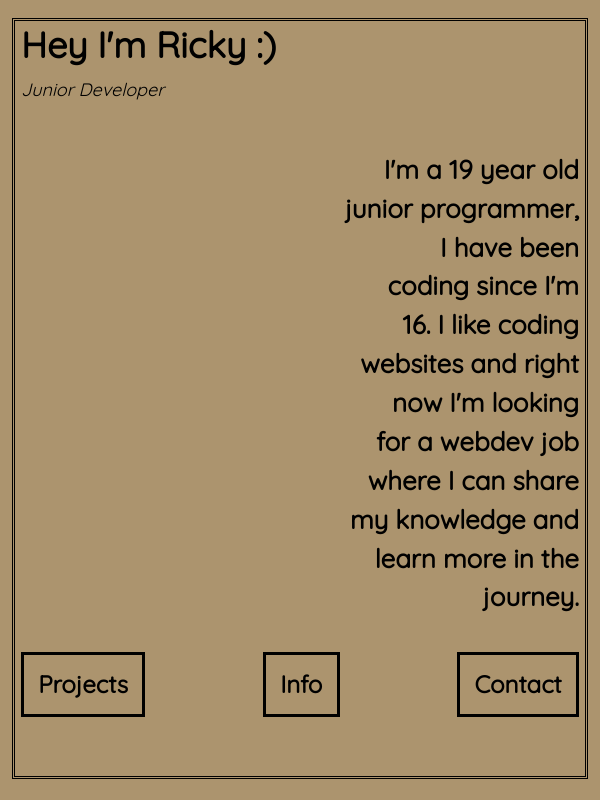
Repository: rickypcyt/ricky-react-portfolio
Page: /
An editor plug-in stored every save of this project. The page is shown before and after the next save, followed by the edit.
The browser window is 600 px wide. The pictures show the whole page.
The project was rebuilt for these pictures with package versions that can differ from the ones it lists, and the page was loaded fresh each time. Also part of the build but not shown: src/pages/Info.js, src/pages/Projects.js, src/pages/Contact.js, src/pages/WebMural.js, src/pages/NotesJS.js.

Above is the page before, as saved 2022-09-12 15:13:58.

### src/index.js
import React from "react";
import ReactDOM from "react-dom/client";
import "./index.css";
import App from "./App";
import reportWebVitals from "./reportWebVitals";
import { BrowserRouter, Routes, Route, Switch } from "react-router-dom";

const root = ReactDOM.createRoot(document.getElementById("root"));
root.render(
  <React.StrictMode>
    <BrowserRouter>
      <App />
    </BrowserRouter>
  </React.StrictMode>
);

// If you want to start measuring performance in your app, pass a function
// to log results (for example: reportWebVitals(console.log))
// or send to an analytics endpoint. Learn more: https://bit.ly/CRA-vitals
reportWebVitals();

### src/index.css
@import url("https://fonts.googleapis.com/css2?family=Quicksand");

input[type="file"] {
  display: none;
}
.container {
  top: 0%;
  left: 0%;
}
::marker {
  display: none;
}
.image-container {
  width: 100%;
  margin: auto;
  display: flex;
  flex-direction: row;
  justify-content: space-evenly;
  gap: 15px;
  padding: 10px;
}
body {
  line-height: 1;
  font-family: "Quicksand";
  font-size: large;
  margin: 2%;
  padding: 1%;
  border-style: double;
  margin-top: 3%;
  background: #ac946e;
}
ol {
  list-style: none;
  display: flex;
  padding: 0;
  justify-content: space-between;
  align-items: flex-start;
  display: flex;
  flex-wrap: wrap;
  align-content: center;
}
.content {
  position: absolute;
  right: calc(var(--pad) * 2);
  bottom: calc(var(--pad) * 2);
  white-space: nowrap;
}
.parrafo {
  line-height: 1.5;
  text-align: end;
  font-size: larger;
}
.parrafo span {
  display: block;
}
.titulo {
  margin: 0;
}
.oli {
  font-weight: bold;
  border-style: solid;
  font-size: x-large;
  padding: 1ch;
}
.descripcion {
  font-weight: lighter;
  font-style: oblique;
}
.oli:hover {
  color: black;
  border-style: dotted;
}
.page {
  padding-top: 2%;
  padding-bottom: 3%;
}
.pageContact {
  padding-top: 8%;
  padding-bottom: 9%;
}
.cabeceranavi {
  padding-bottom: 1%;
}
p {
  font-weight: bold;
}
a {
  color: black;
  text-decoration: none;
  padding: 0ch;
}
span {
  font-size: larger;
}
li {
  width: 7%;
  height: 10%;
}
ul {
  list-style-type: none;
  margin: 0%;
  display: flex;
  align-items: center;
  flex-direction: row;
  padding-top: 5%;
  padding-bottom: 5%;
  padding-left: 0%;
  justify-content: space-around;
}
.imagenes {
  display: block;
  height: auto;
  width: auto;
  padding-top: 5%;
  padding-bottom: 5%;
}

.imagenesproyect {
  position: relative;
}
.fixer {
  display: flex;
  flex-direction: row;
  justify-content: space-evenly;
  padding-bottom: 3%;
}
.overlay {
  position: absolute;
  top: 0.83cm;

  background: rgb(0, 0, 0);
  background: rgb(2, 0.3, 0.9, 0.6); /* Black see-through */
  color: #f1f1f1;
  width: 100%;
  transition: 0.5s ease;
  color: white;
  text-align: center;
  font-size: 20px;
  padding-top: 20px;
  padding-bottom: 20px;
  opacity: 0;
}
.imagenesproyect:hover .overlay {
  opacity: 1;
}
.overlay2 {
  position: absolute;
  bottom: 8%;
  background: rgb(0, 0, 0);
  background: rgba(40, 40, 40, 0.6); /* Black see-through */
  color: #f1f1f1;
  width: 100%;
  transition: 0.5s ease;
  color: white;
  text-align: center;
  font-size: 20px;
  padding-top: 20px;
  padding-bottom: 20px;
  opacity: 0;
}
.imagenesproyect:hover .overlay2 {
  opacity: 1;
}

.homeinfo {
  font-size: x-large;
}

@media screen and (max-width: 1340px) {
  .fixer {
    flex-direction: column;
    justify-content: center;
  }
  .imagenes {
    height: auto;
    width: 100%;
  }
  ol {
  }
}

.image-container {
  width: auto;
  margin: auto;
  /* display: flex; */
  flex-wrap: wrap;
  gap: 15px;
  padding: 10px;
}

.image-container img {
  max-width: 100%;
  max-height: 225px;
}

.container .image-container .image {
  border: 4px solid black;
  overflow: hidden;
  /* cursor: pointer; */
}

.container .image-container .image img {
  height: 100%;
  width: 100%;
}
@media (max-width: 700px) {
  .image-container img {
    max-height: -10px;
  }
  .cabeceranavi{
    padding-bottom: 10%;
  }
}

.image:hover {
  transform: scale(1.15); /* (150% zoom - Note: if the zoom is too large, it will go outside of the viewport) */
}

### src/App.js
import Content from "./Content";
import Info from "./pages/Info";
import Projects from "./pages/Projects";
import Contact from "./pages/Contact";
import WebMural from "./pages/WebMural";
import NotesJS from "./pages/NotesJS";
import { Route, Routes, Switch } from "react-router-dom";

function App() {
  return (
    <>
      <Routes>
        <Route path="/" element={<Content />}/>
        <Route path="/Projects" element={<Projects />} />
        <Route path="/Info" element={<Info />} />
        <Route path="/Contact" element={<Contact />} />
        <Route path="/WebMural" element={<WebMural />} />
        <Route path="/NotesJS" element={<NotesJS />} />
      </Routes>
    </>
  );
}
export default App;

### src/Content.js
import { Link, useMatch, useResolvedPath } from "react-router-dom";
export default function Content() {
    console.log(window.location)
  return (
    <main className="BodyOriginal">
      <div id="Page">
        <div className="cabecera">
          <h1 className="titulo">Hey I'm Ricky :)</h1>
          <p className="descripcion">Junior Developer</p>
        </div>
        <div className="separador">
          <section className="page" style={{ display: "block", opacity: 1 }}>
            <div className="home">
              <p className="parrafo ">
                <span>I'm a 19 year old </span>
                <span>junior programmer,</span>
                <span>I have been</span>
                <span> coding since I'm</span>
                <span>16. I like coding</span>
                <span>websites and right</span>
                <span>now I'm looking</span>
                <span>for a webdev job</span>
                <span>where I can share</span>
                <span>my knowledge and</span>
                <span>learn more in the</span>
                <span>journey.</span>
              </p>
            </div>
          </section>
          <nav className="cabeceranavi">
            <ol>
              <div>
                <CustomLink to="projects" className="oli">
                  Projects
                </CustomLink>
              </div>
              <div>
                <CustomLink to="info" className="oli">
                  Info
                </CustomLink>
              </div>
              <div>
                <CustomLink to="contact" className="oli">
                  Contact
                </CustomLink>
              </div>
            </ol>
          </nav>
        </div>
      </div>
    </main>
  );
}

function CustomLink({ to, children, ...props }) {
  const resolvedPath = useResolvedPath(to);
  const isActive = useMatch({ path: resolvedPath.pathname, end: true });
  return (
    <li className={isActive ? "active" : ""}>
      <Link to={to} {...props}>
        {children}
      </Link>
    </li>
  );
}

Loaded but not shown: public/index.html (common file); src/reportWebVitals.js (common file)

After the next save:
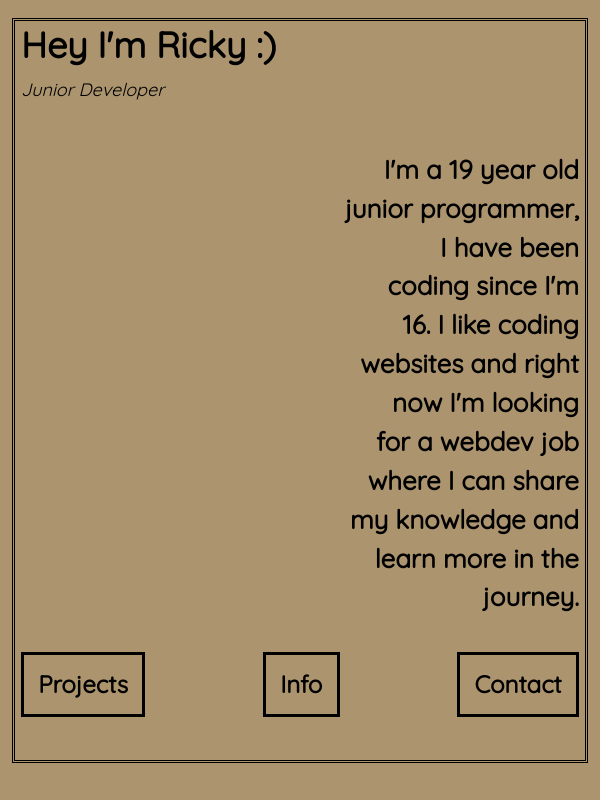
Saved 19 s later.
--- a/src/index.css
+++ b/src/index.css
@@ -208,7 +208,7 @@ ul {
     max-height: -10px;
   }
   .cabeceranavi{
-    padding-bottom: 10%;
+    padding-bottom: 7%;
   }
 }
 
